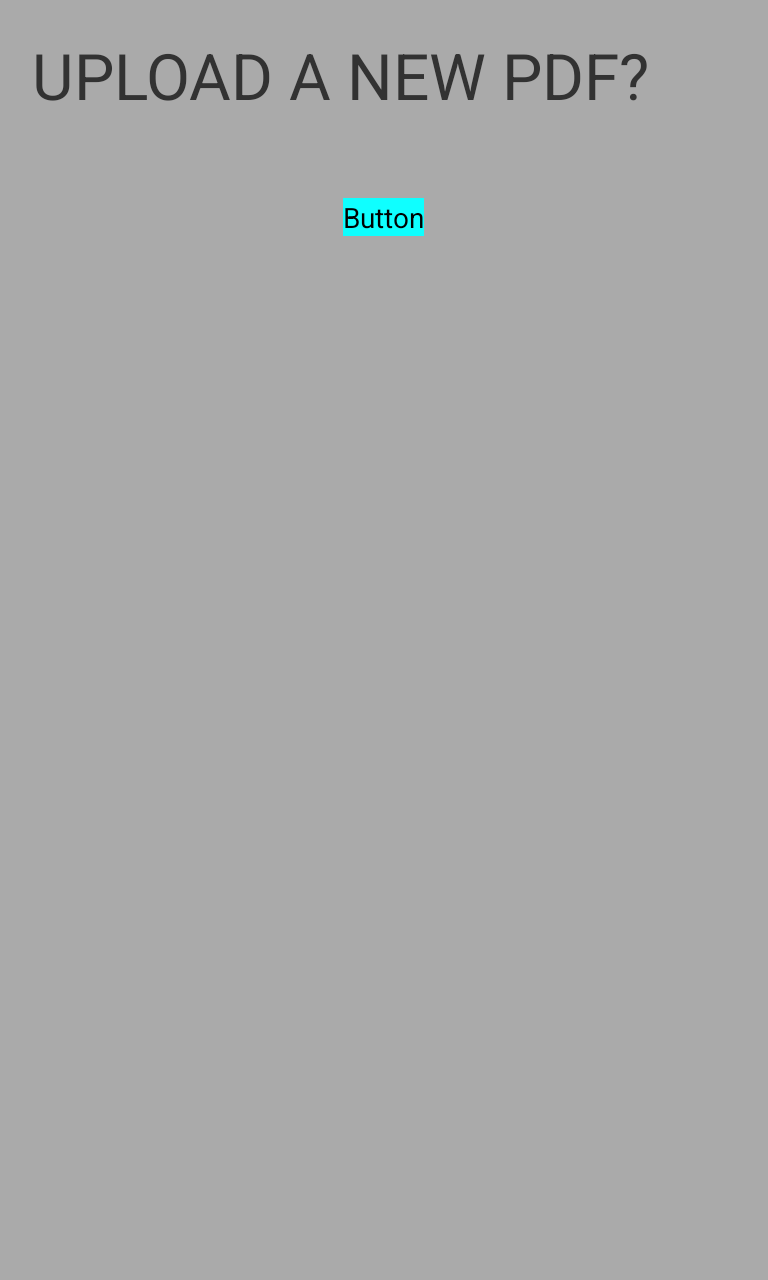
Repository: nick11roberts/Moka-Scanr
Layout: Document Uploader/res/layout/activity_options.xml
An editor plug-in stored every save of this project. The layout is shown before and after the next save, followed by the edit.
It is drawn on a 768 x 1280 px phone screen (xhdpi) without system bars, with theme android:Theme.Light.NoTitleBar; the app's code is not run.

Above is the layout before, as saved 2014-05-29 06:17:00.

After the next save:
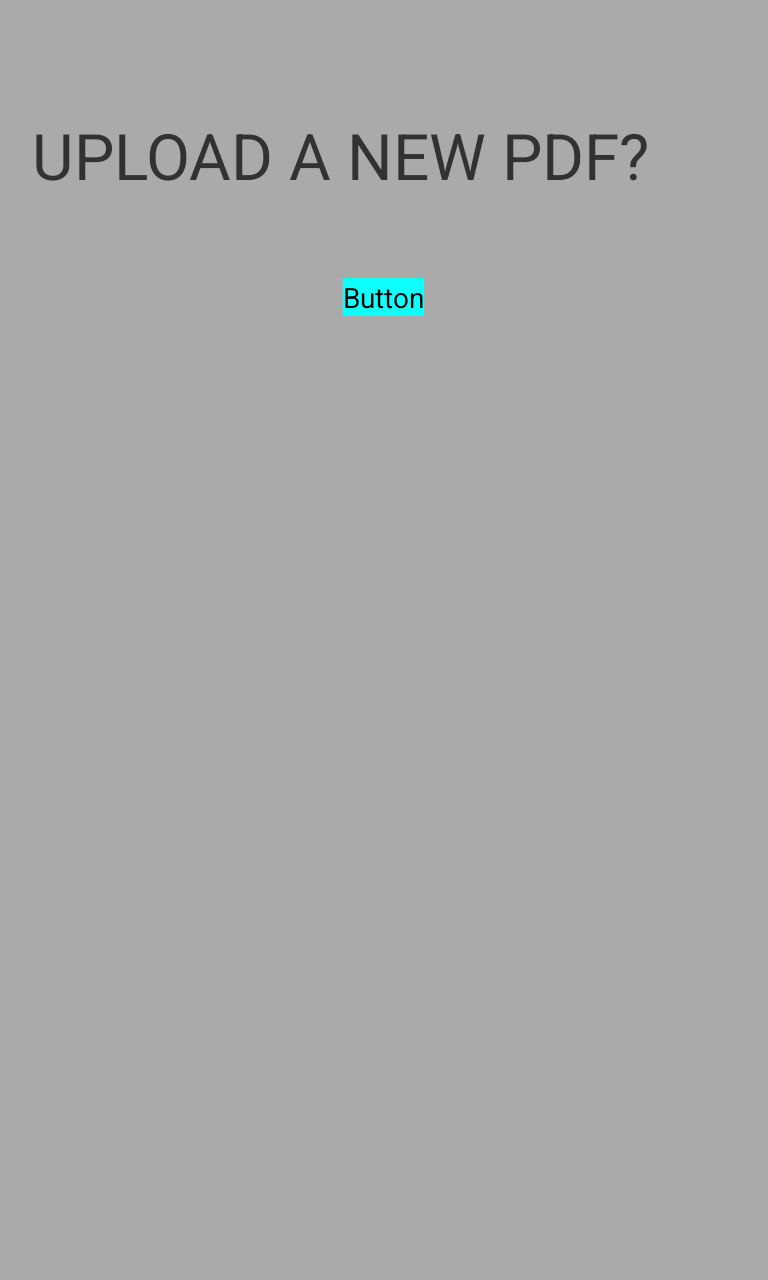
Saved 109 s later.
--- a/Document Uploader/res/layout/activity_options.xml
+++ b/Document Uploader/res/layout/activity_options.xml
@@ -15,6 +15,7 @@
     <TextView
         android:layout_width="match_parent"
         android:layout_height="wrap_content"
+        android:paddingTop="40dp"
         android:paddingBottom="40dp"
         android:text="@string/main_heading"
         android:textAllCaps="true"
